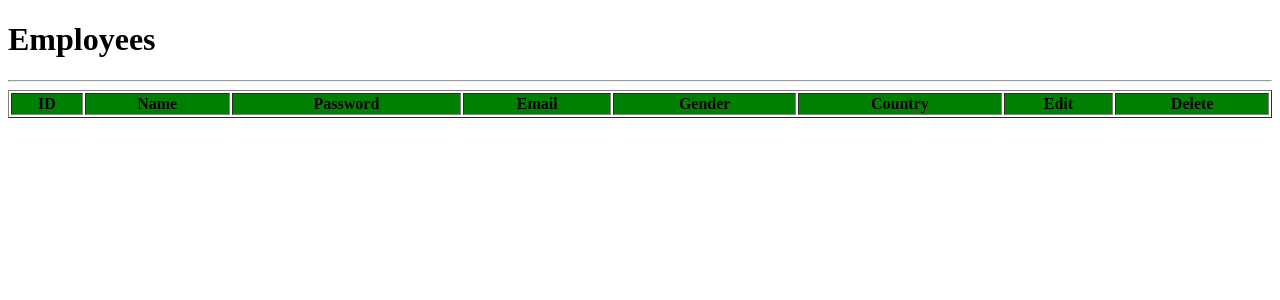
Repository: HarshZanwar2001/CRUD_Oprations_JAVA_JSP_MYSQL
Page: http://localhost/JSP_CRUD_Operation/viewEmployees.jsp
These files come from the project's save history. The page is drawn as it stood at one moment and after the next save; the edit follows.
The browser window is 1280 px wide. The pictures show the whole page.
The page is served by Tomcat 9. Other server files are loaded and not shown. Queries for data that is not in the repository find no rows.

Above is the page before, as saved 2024-12-01 05:48:27.

### JSP_CRUD_Operation/src/main/webapp/viewEmployees.jsp
<%@page import="com.app.Dao.EmployeeDao, com.app.bean.Employee, java.util.*"%>
<%@ page language="java" contentType="text/html; charset=ISO-8859-1"
    pageEncoding="ISO-8859-1"%>
    <%@ taglib uri="http://java.sun.com/jsp/jstl/core" prefix="c"%>
<!DOCTYPE html PUBLIC "-//W3C//DTD HTML 4.01 Transitional//EN" "http://www.w3.org/TR/html4/loose.dtd">
<html>
<head>
<meta http-equiv="Content-Type" content="text/html; charset=ISO-8859-1">
<title>View Employees</title>
</head>
<body>
<h1>Employees</h1>
<hr>
<%
	List<Employee> list = EmployeeDao.getAllEmployees();
	request.setAttribute("list", list);
%>

<table border="1" width="100%">
<tr style="background-color: green;">
<th>ID</th><th>Name</th><th>Password</th><th>Email</th><th>Gender</th>
<th>Country</th><th>Edit</th><th>Delete</th>
</tr>
<c:forEach var="e" items="${list}">
<tr>
<td>${e.getId()}</td>
<td>${e.getName()}</td>
<td style="text-align: center";>${e.getPassword()}</td>
<td>${e.getEmail()}</td>
<td style="text-align: center;">${e.getGender()}</td>
<td>${e.getCountry()}</td>
<td><a href="editEmployee.jsp?id=${e.getId()}">Edit</a></td>
<td><a href="deleteEmployee.jsp?id=${e.getId()}">Delete</a></td>
</tr>
</c:forEach>
</table>
</body>
</html>

### JSP_CRUD_Operation/src/main/java/com/app/Dao/EmployeeDao.java
package com.app.Dao;

import java.sql.Connection;
import java.sql.DriverManager;
import java.sql.PreparedStatement;
import java.sql.ResultSet;
import java.sql.SQLException;
import java.util.ArrayList;
import java.util.List;

import com.app.bean.Employee;

public class EmployeeDao {

	public static Connection getConnection() throws SQLException
	{
		Connection con = null;
		try {
			Class.forName("com.mysql.cj.jdbc.Driver");
			System.out.println("Driver Found");
			con = DriverManager.getConnection("jdbc:mysql://localhost:3306/jspproject", "root", "root");
			System.out.println("Connection Established");
		} catch (ClassNotFoundException e) {
			// TODO Auto-generated catch block
			e.printStackTrace();
		}
		return con;
	}


	public static int saveEmp(Employee e) throws SQLException
	{
		Connection con = getConnection();
		PreparedStatement stmt = con.prepareStatement
			("insert into employee(name,password,email,gender,country)"
				+ " value(?,?,?,?,?)");
		stmt.setString(1, e.getName());
		stmt.setString(2, e.getPassword());
		stmt.setString(3, e.getEmail());
		stmt.setString(4, e.getGender());
		stmt.setString(5, e.getCountry());
		int status = stmt.executeUpdate();
		return status;
		}

	public static List<Employee> getAllEmployees() throws SQLException
	{
		List<Employee> l = new ArrayList<Employee>();
		Connection con = getConnection();
		PreparedStatement stmt = con.prepareStatement("select *from employee");
		ResultSet rs = stmt.executeQuery();
		while(rs.next())
		{
			Employee e = new Employee();
			e.setId(rs.getInt(1));
			e.setName(rs.getString(2));
			e.setPassword(rs.getString(3));
			e.setEmail(rs.getString(4));
			e.setGender(rs.getString(5));
			e.setCountry(rs.getString(6));
			l.add(e);
		}
		return l;
	}

	public static Employee getEmployeeId(int id) throws SQLException
	{
		Employee e = null;
		Connection con = getConnection();
		PreparedStatement stmt =
				con.prepareStatement("select *from employee where id=?");
		stmt.setInt(1, id);
		ResultSet rs = stmt.executeQuery();
		while(rs.next())
		{
			e = new Employee();
			e.setId(rs.getInt(1));
			e.setName(rs.getString(2));
			e.setPassword(rs.getString(3));
			e.setEmail(rs.getString(4));
			e.setGender(rs.getString(5));
			e.setCountry(rs.getString(6));
		}
		return e;
	}

	public static int updateEmployee(Employee e) throws SQLException
	{
		int i = 0;
		try
		{
		Connection con = getConnection();
		PreparedStatement stmt =
	con.prepareStatement("update employee set name=?,password=?,email=?,"
			+ "gender=?,country=? where id=?");
		stmt.setString(1, e.getName());
		stmt.setString(2, e.getPassword());
		stmt.setString(3, e.getEmail());
		stmt.setString(4, e.getGender());
		stmt.setString(5, e.getCountry());
		stmt.setInt(6, e.getId());
		i = stmt.executeUpdate();
		}catch (Exception e1) {
			return i;
		}
		return i;
	}

	public static int delete(Employee e) throws SQLException
	{
		Connection con = getConnection();
		PreparedStatement stmt =
			con.prepareStatement("delete from employee where id=?");
		stmt.setInt(1, e.getId());
		int i = stmt.executeUpdate();
		return i;
	}
}

After the next save:
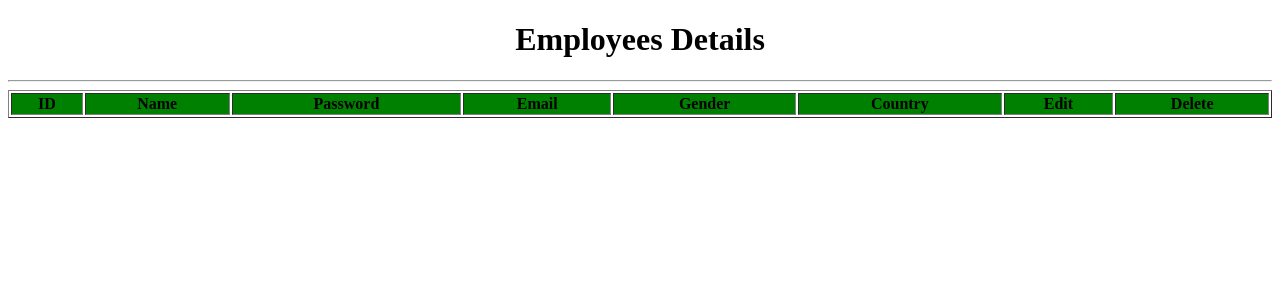
Saved 96 s later.
--- a/JSP_CRUD_Operation/src/main/webapp/viewEmployees.jsp
+++ b/JSP_CRUD_Operation/src/main/webapp/viewEmployees.jsp
@@ -9,7 +9,7 @@
 <title>View Employees</title>
 </head>
 <body>
-<h1>Employees</h1>
+<h1 style="text-align: center; ">Employees Details</h1>
 <hr>
 <%
 	List<Employee> list = EmployeeDao.getAllEmployees();
